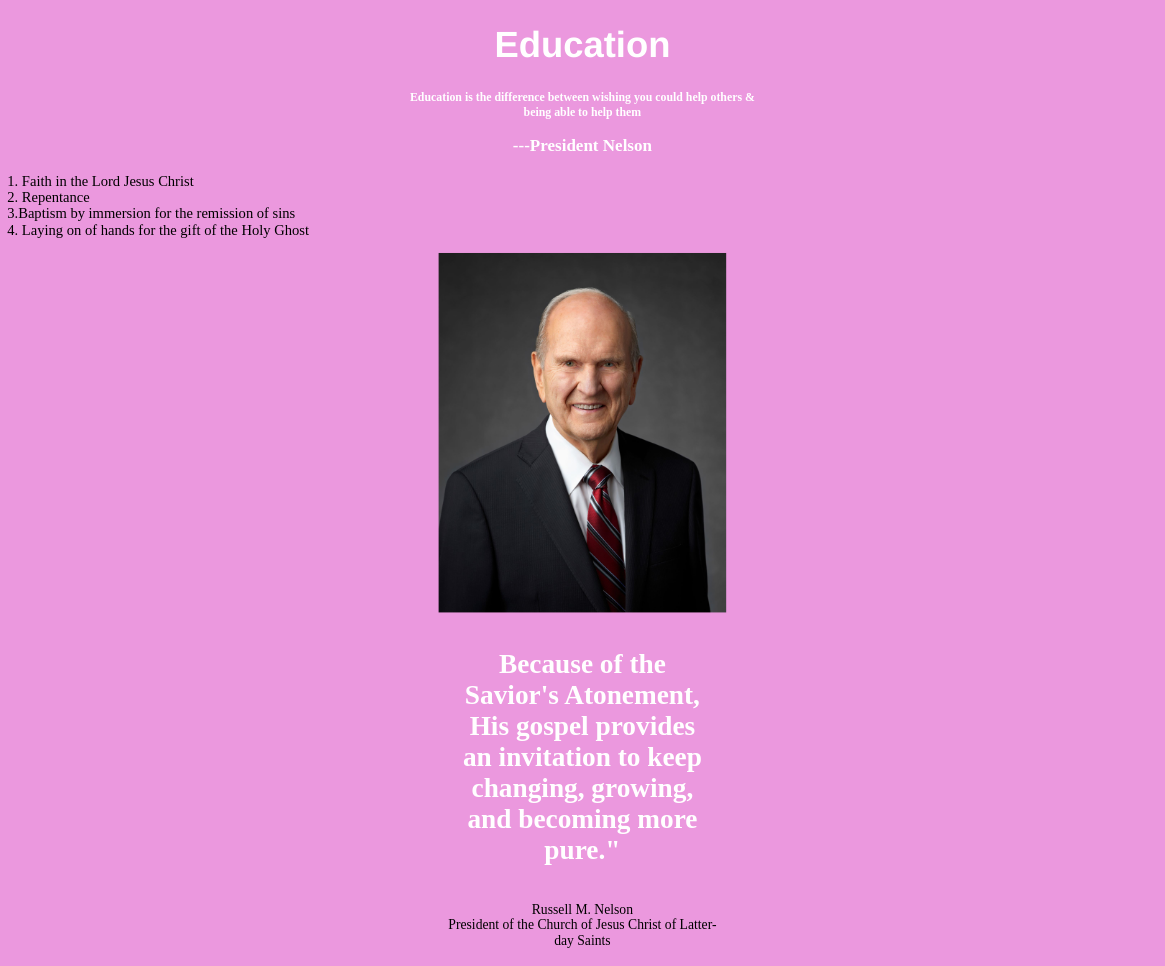
Repository: mszakutumela/wdd130
Page: W04_Challenge/index.html
An editor plug-in stored every save of this project. The page is shown before and after a run of saves, followed by the edit.
The browser window is 1280 px wide. The pictures show the whole page, at 91% of full size.

Above is the page before, as saved 2023-06-05 13:05:44.

### W04_Challenge/index.html
<!DOCTYPE html>
<html lang="en">
<head>
    <title>W04 Challenge</title>
    <link rel="stylesheet" href="styles/styles.css" />
</head>
<body>
    <main>
        <h1>Education</h1>
        <h2>Education is the difference between wishing you could help others & <br>
            being able to help them</h2>
        <h3>---President Nelson</h3>
        <p> 1. Faith in the Lord Jesus Christ <br>
            2. Repentance <br>
            3.Baptism by immersion for the remission of sins <br>
            4. Laying on of hands for the gift of the Holy Ghost</p>
        <img alt="Image of President Nelson" src="images/russell_nelson_official_portrait_2018.jpeg">
        <h4>Because of the <br>
            Savior's Atonement, <br>
            His gospel provides <br>
            an invitation to keep <br>
            changing, growing, <br>
            and becoming more <br>
            pure."</h4>
    </main>
    <footer>
        <p>Russell M. Nelson <br>
            President of the Church of Jesus Christ of Latter- <br>
            day Saints</p>
    </footer>

</body>
</html>

### W04_Challenge/styles/styles.css
body {
    /* text-align: center; */
    background-color: rgb(235, 152, 222);
    }
img {
    width: 25%;
    display: block;
    margin: 0 auto;
}
h1 {
    color: white;
    text-align: center;
    font-size: 40px;
    font-family: Franklin Gothic Medium;
}
h2 {
    color: white;
    text-align: center;
    font-size: 13px;
}
h3 {
    color: white;
    text-align: center;
}
p {
    color: black;
    /* text-align: center;   */
}
h4 {
    color: white;
    text-align: center;
    font-size: 30px;
}
footer p {
    font-size: 15px;
    margin: 20px auto;
    text-align: center;
}
}

After the next 2 saves:
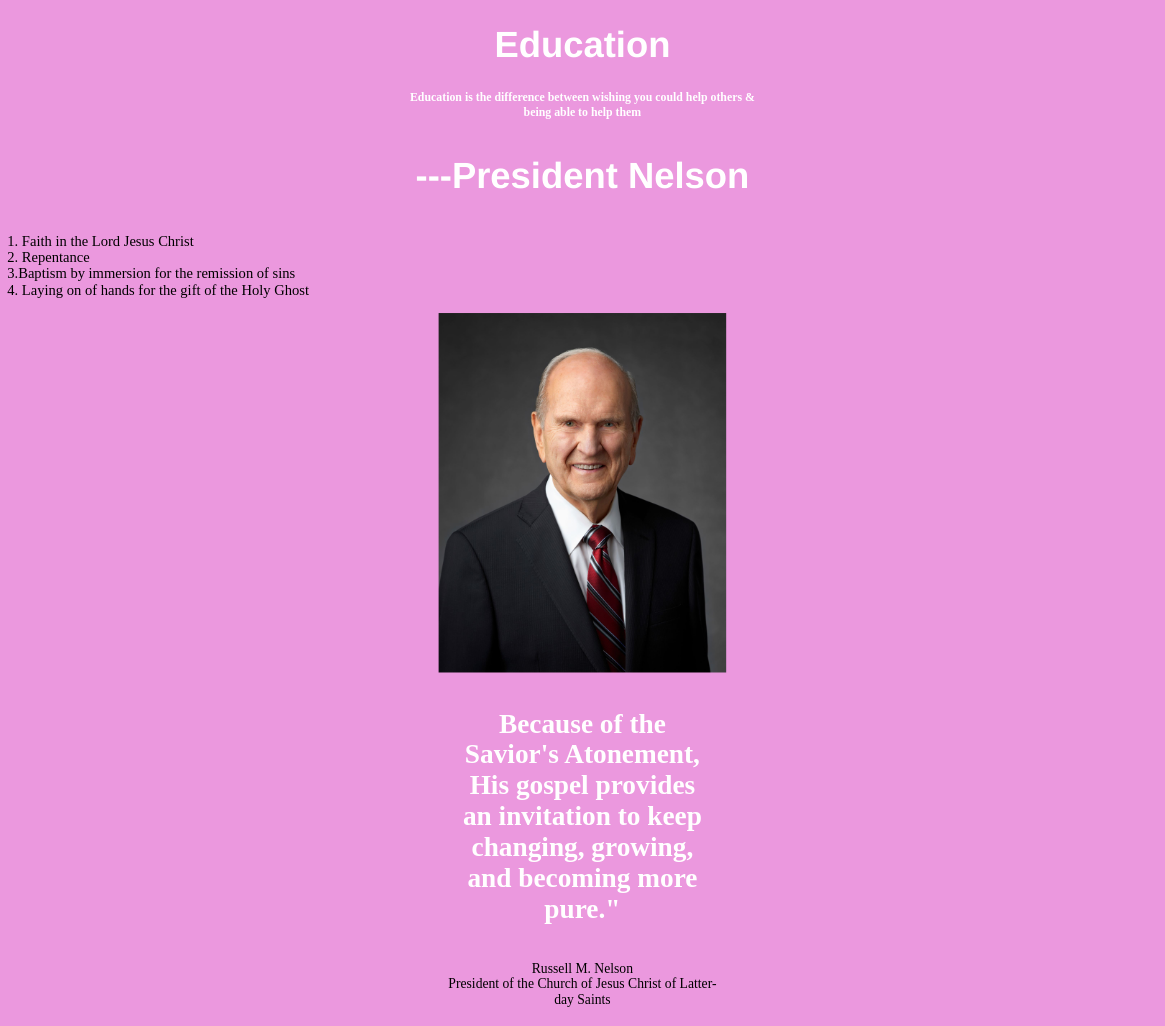
The 2 saves are shown as one change because they came seconds apart.
The last was saved 16 s later.
--- a/W04_Challenge/styles/styles.css
+++ b/W04_Challenge/styles/styles.css
@@ -21,6 +21,8 @@
 h3 {
     color: white;
     text-align: center;
+    font-size: 40px;
+    font-family: Franklin Gothic Medium;
 }
 p {
     color: black;
